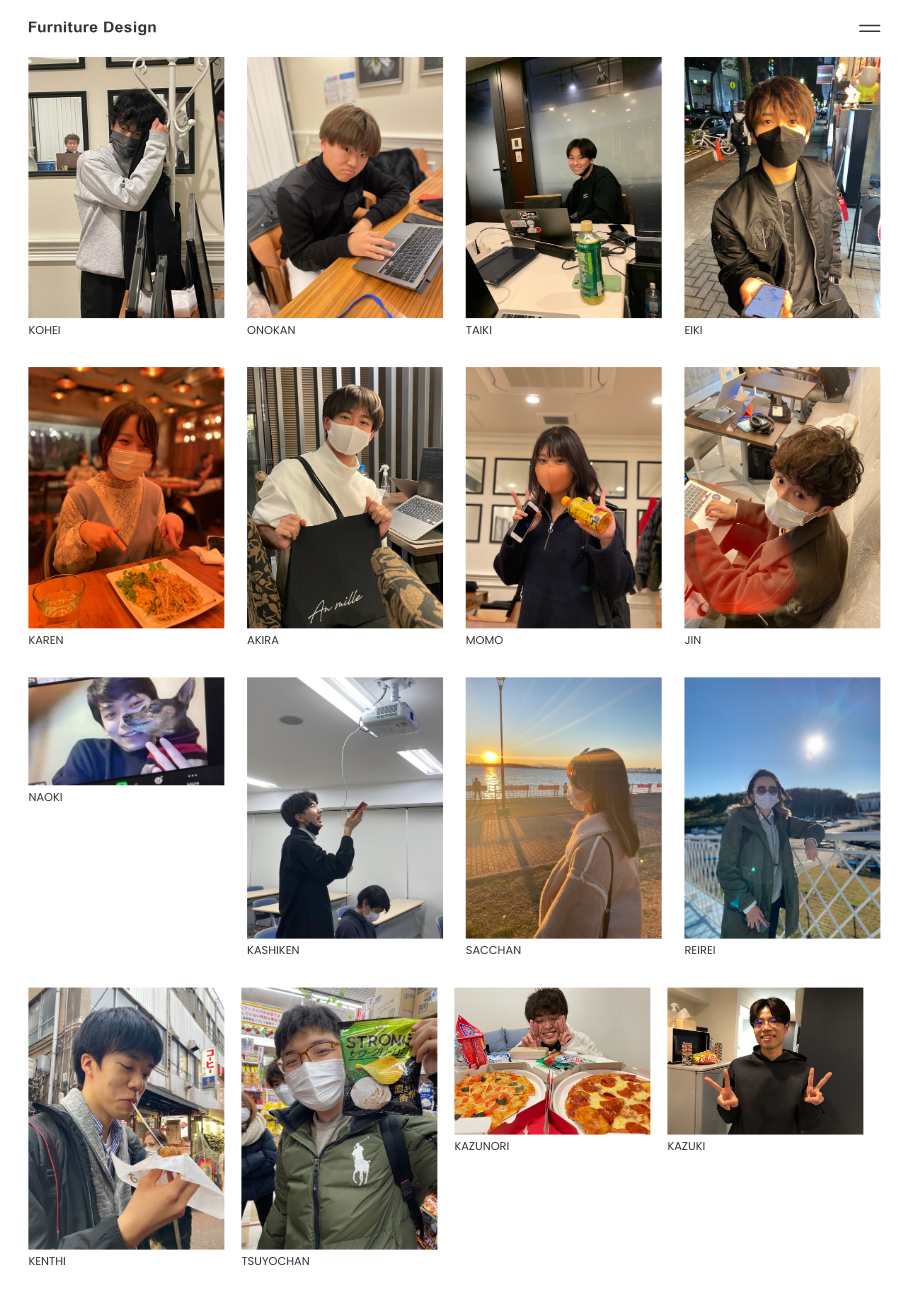
Repository: kohei23n/tenfeet
Page: index.html
The author's editor kept a copy of each file at every save. The page is drawn from the files as they stood at one save, then again after the next save.
The browser window is 1280 px wide. The pictures show the whole page, at 71% of full size.

Above is the page before, as saved 2022-02-08 23:30:27.

After the next save:
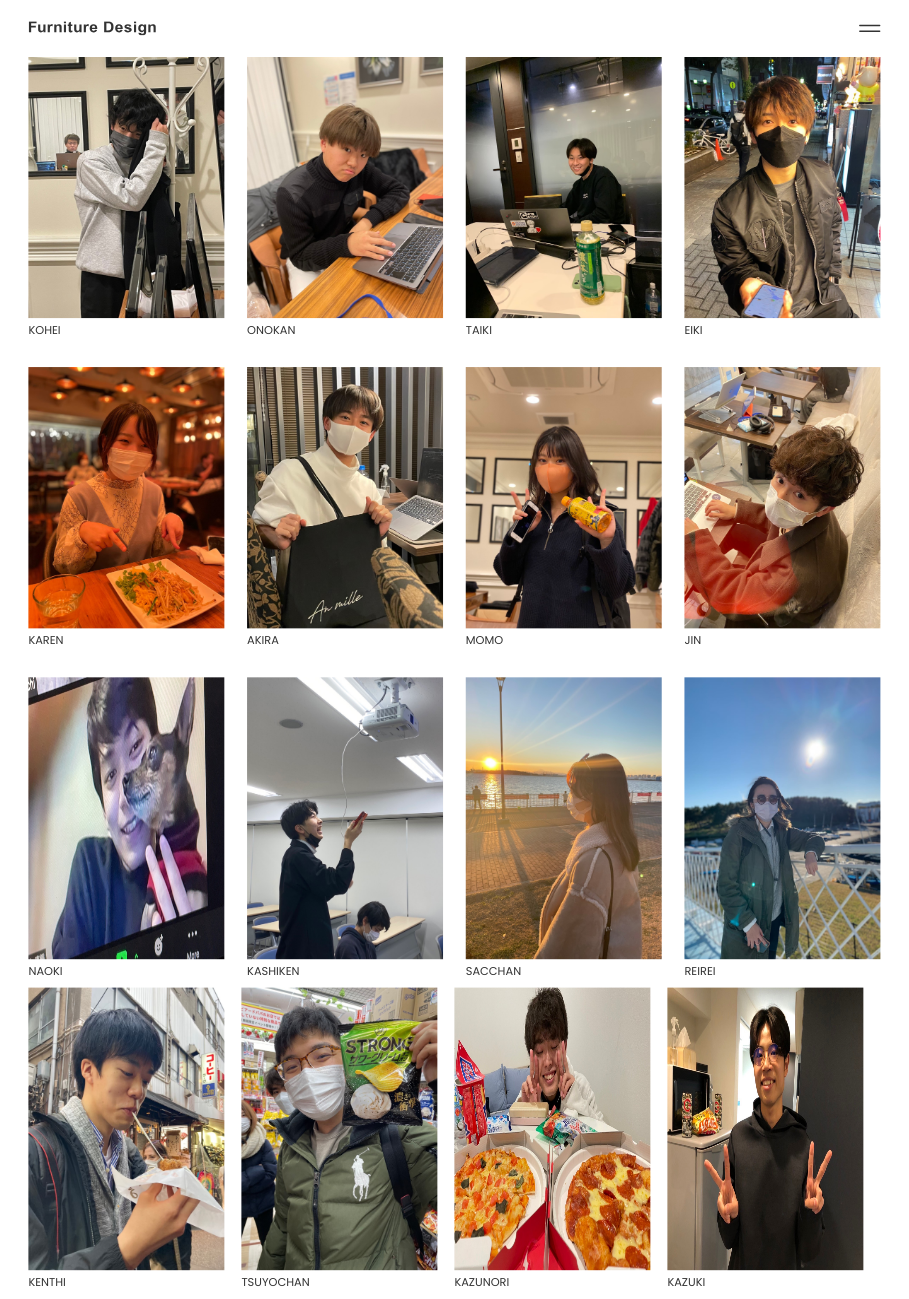
Saved 4 s later.
--- a/style.css
+++ b/style.css
@@ -178,5 +178,5 @@ img {
 }
 
 .image{
-  wi
+  height: 100%;
 }
